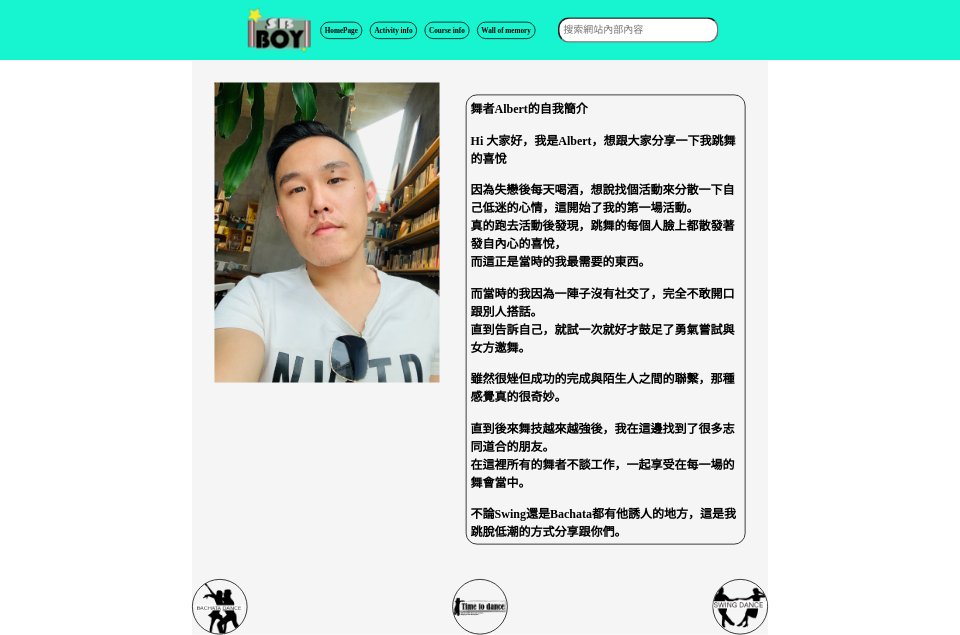
Repository: AlbertKoii/0718_Learning_Javascript
Page: aboutme/aboutme_try.html
The author's editor kept a copy of each file at every save. The page is drawn from the files as they stood at one save, then again after the next save.
The browser window is 1280 px wide. The pictures show the whole page, at 75% of full size.

Above is the page before, as saved 2023-07-26 13:34:59.
Not found: aboutme/script.js

After the next save:
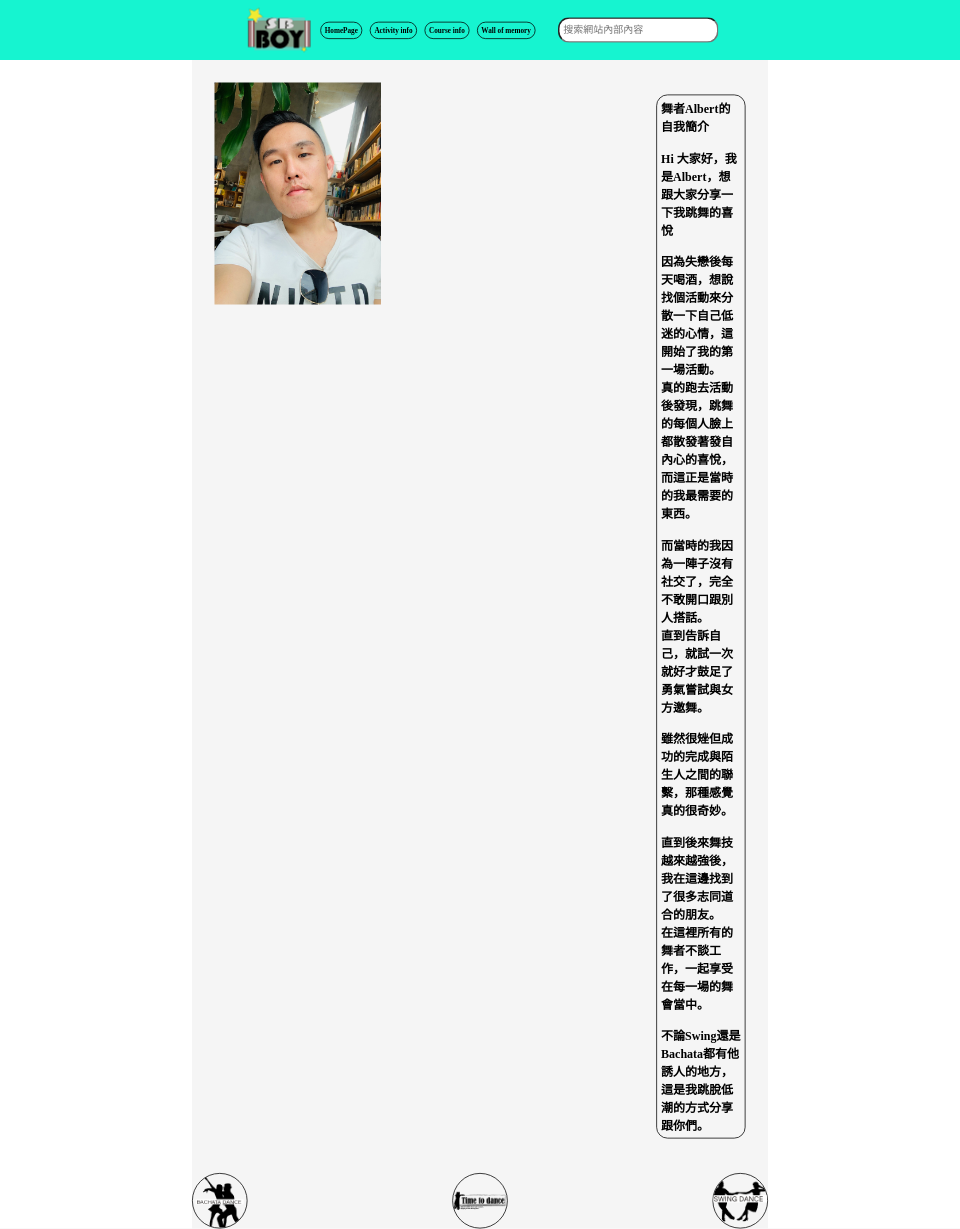
Saved 20 s later.
--- a/aboutme/aboutme.try.css
+++ b/aboutme/aboutme.try.css
@@ -67,7 +67,7 @@ html, body{
 }
 
 .left img {
-    width: 300px;
+    width: 40%;
     height: auto;
     object-fit: cover;
 }
